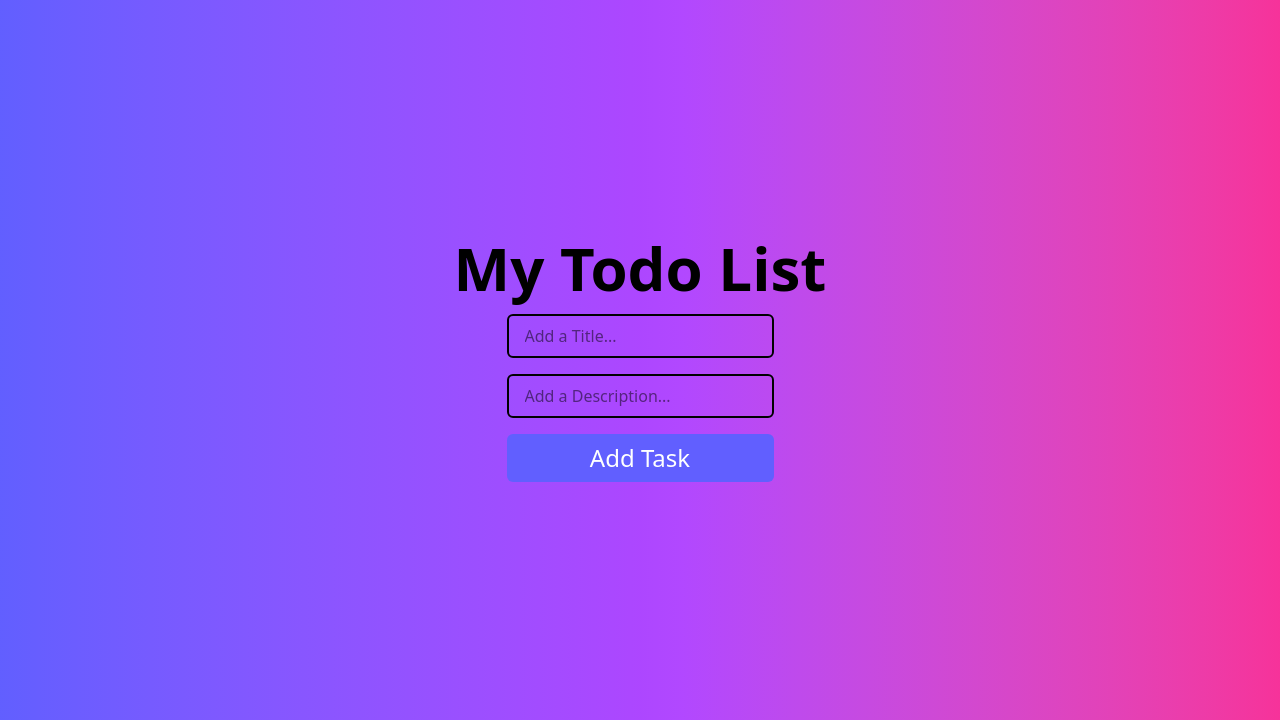
Repository: vgor15/todo-list
Page: /
These files come from the project's save history. The page is drawn as it stood at one moment and after a run of saves; the edit follows.
The browser window is 1280 px wide. The pictures show the whole page.
The project was rebuilt for these pictures with package versions that can differ from the ones it lists, and the page was loaded fresh each time. The framework's server and built-in components were replaced by stand-ins that run in the browser. Also part of the build but not shown: next.config.js, next.config.mjs.

Above is the page before, as saved 2025-03-05 10:39:43.

After the next 4 saves:
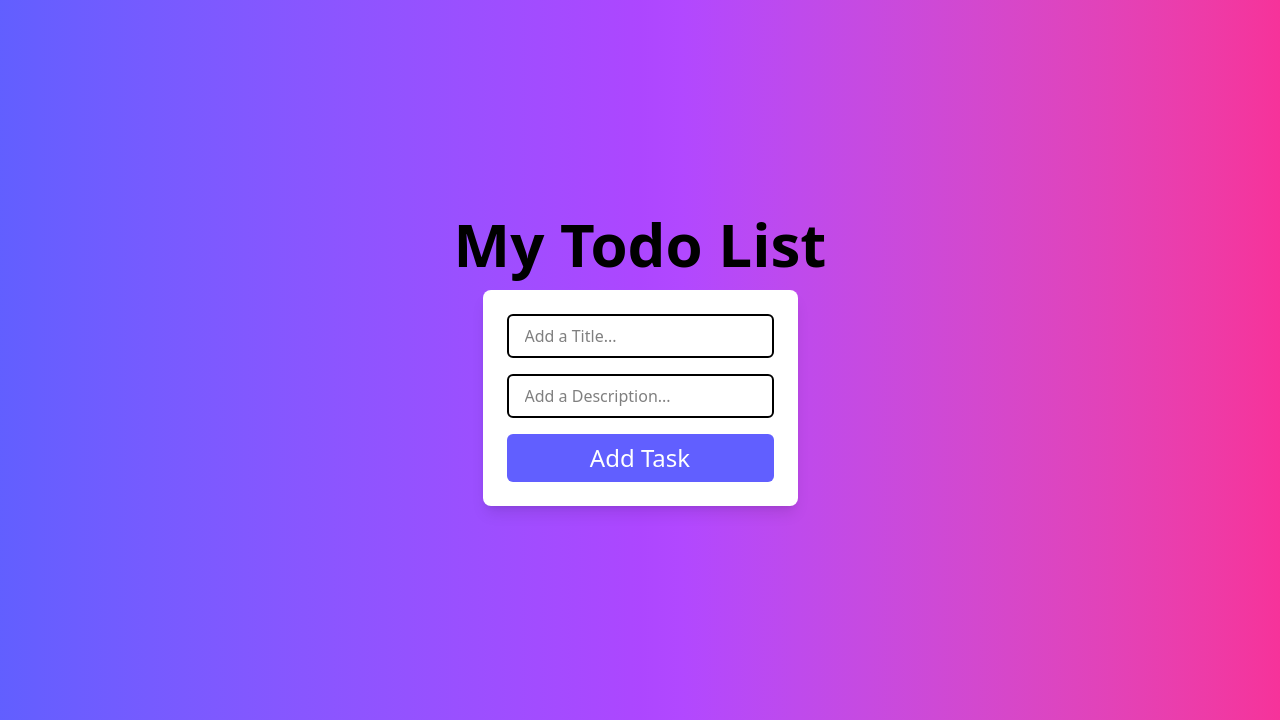
The 4 saves are shown as one change because 1 did not build or start and some came seconds apart.
The last was saved 43 s later.
--- a/app/page.js
+++ b/app/page.js
@@ -4,27 +4,26 @@ import React, { useState } from "react";
 const page = () => {
   const [title, setTitle] = useState("");
   const [description, setDescription] = useState("");
+
   return (
     <div className="h-screen flex flex-col items-center justify-center bg-gradient-to-r from-indigo-500 via-purple-500 to-pink-500">
       <h1 className="text-6xl font-bold text-center mb-4">My Todo List</h1>
-      <form className="flex flex-col gap-4">
+      <form className="flex flex-col gap-4 bg-white p-6 rounded-lg shadow-lg">
         <input
-          className="border-2 px-4 py-2 rounded-md outline-none focus:ring-2 focus:ring-indigo-500"
+          className="border-2 px-4 py-2 rounded-md outline-none focus:ring-2 focus:ring-indigo-500 bg-white"
           type="text"
-          name=""
-          id=""
           placeholder="Add a Title..."
           autoComplete="off"
           value={title}
+          onChange={(e) => setTitle(e.target.value)}
         />
         <input
-          className="border-2 px-4 py-2 rounded-md outline-none focus:ring-2 focus:ring-indigo-500"
+          className="border-2 px-4 py-2 rounded-md outline-none focus:ring-2 focus:ring-indigo-500 bg-white"
           type="text"
-          name=""
-          id=""
           placeholder="Add a Description..."
           autoComplete="off"
           value={description}
+          onChange={(e) => setDescription(e.target.value)}
         />
         <button className="bg-indigo-500 px-4 py-2 rounded-md text-2xl text-white">
           Add Task
